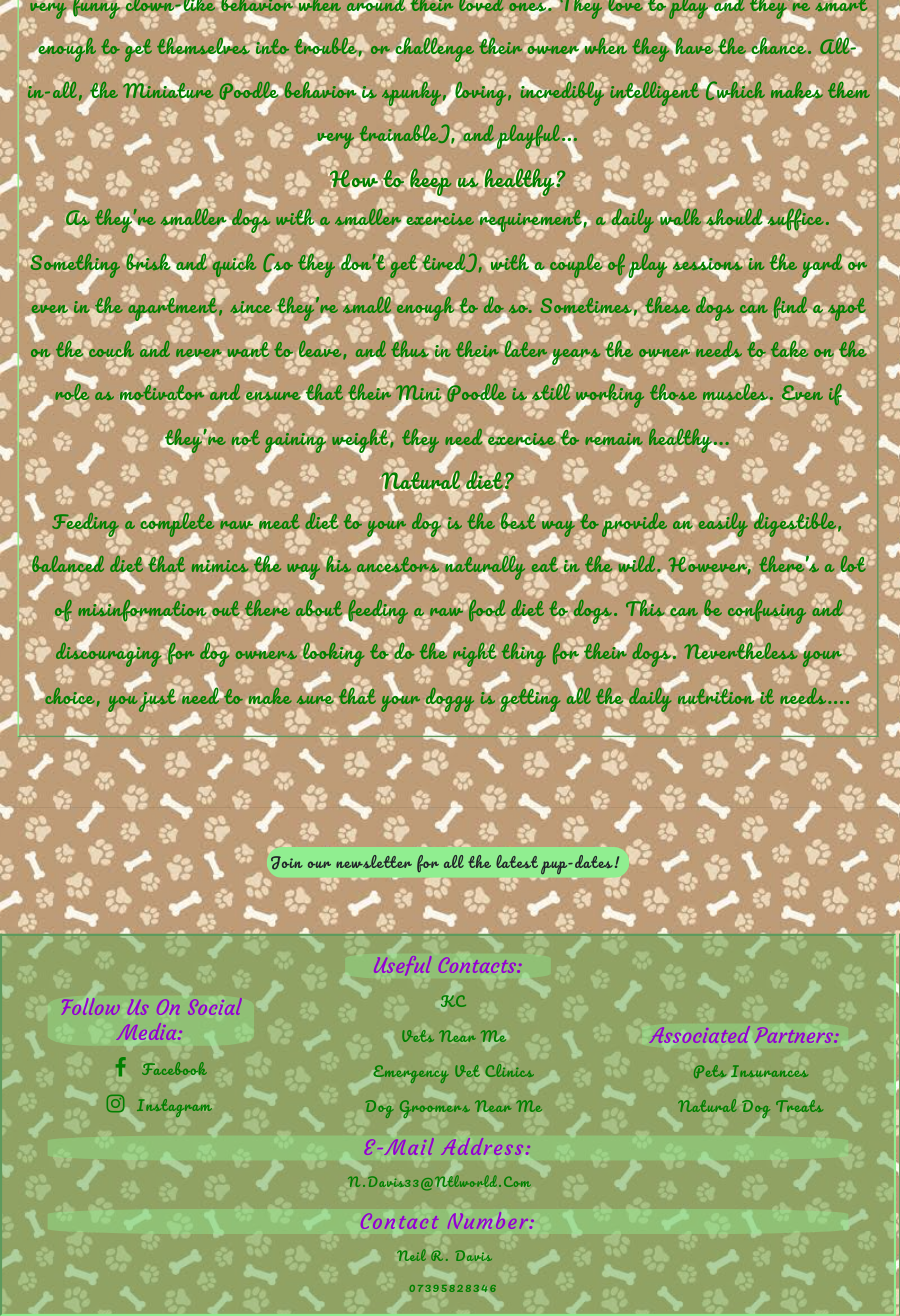
Repository: Code-Institute-Submissions/GeorgiosSklav-Iacinthos-blog
Page: about-them.html
The author's editor kept a record of every edit. The page is drawn from the files as they stood at one moment, then again after the next edit.
The browser window is 1280 px wide. The page is 1285 px wide, so the pictures cover 1285 px, including what lies to the right of the window. The pictures show the part of the page from y = 700 to 2580 px (the page is 2580 px tall before and 2210 px after), at 70% of full size.

Above is the page before.

After the next edit:
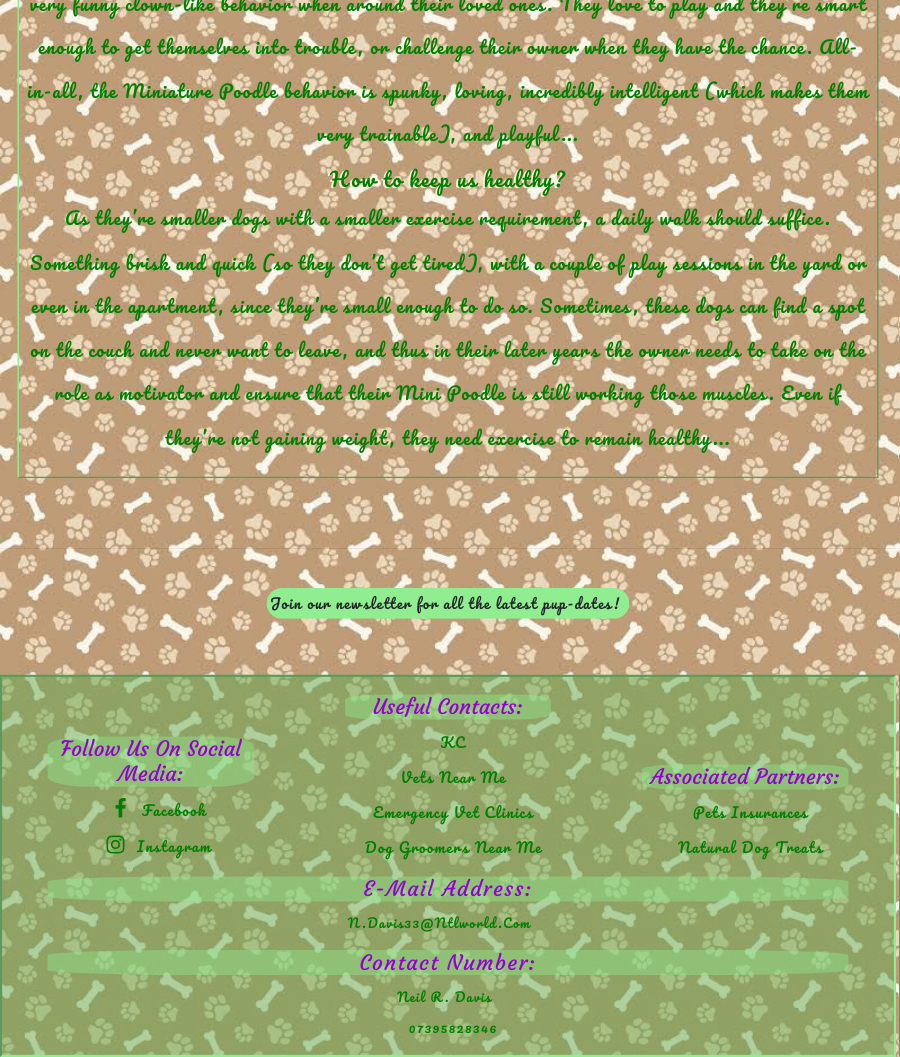
The edit:
--- a/about-them.html
+++ b/about-them.html
@@ -62,14 +62,7 @@
                         muscles. Even if they’re not gaining weight, they need exercise to remain healthy...</p>
                 </div>
             </div>
-            <div class="row">
-                <div class="col-12">
-                    <h3 class="about-title">Natural diet?</h3>
-                    <p>Feeding a complete raw meat diet to your dog is the best way to provide an easily digestible, balanced diet that mimics the way his ancestors naturally eat in the wild. However, there’s a lot of misinformation out there about feeding
-                        a raw food diet to dogs. This can be confusing and discouraging for dog owners looking to do the right thing for their dogs. Nevertheless your choice, you just need to make sure that your doggy is getting all the daily nutrition
-                        it needs....</p>
-                </div>
-            </div>
+
         </div>
 
     </main>
